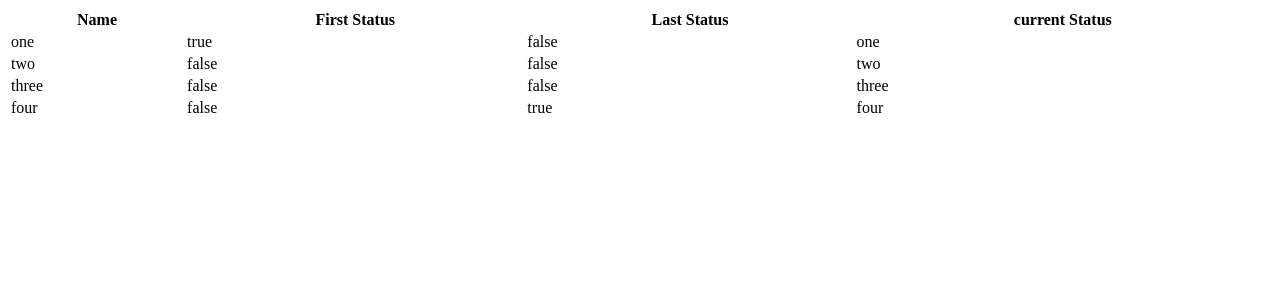
Repository: anushkammp/abc
Page: http://localhost/JSTLDemo/forEach.jsp
The author's editor kept a copy of each file at every save. The page is drawn from the files as they stood at one save, then again after the next save.
The browser window is 1280 px wide. The pictures show the whole page.
The page is served by Tomcat 9. Other server files are loaded and not shown.

Above is the page before, as saved 2018-08-20 10:01:45.

### JSTLDemo/WebContent/forEach.jsp
<%@ page language="java" contentType="text/html; charset=ISO-8859-1"
    pageEncoding="ISO-8859-1"%>
<%@taglib prefix="c" uri="http://java.sun.com/jsp/jstl/core"%>
<!DOCTYPE html>
<html>
<head>
<meta charset="ISO-8859-1">
<title>For Each</title>
</head>
<body>

<%
	String[] num={"one","two","three","four"};
	pageContext.setAttribute("numbers",num);
	%>
	<table style="width:100%">
	<th>Name</th>
	<th>First Status</th>
	<th>Last Status</th>
	<th>current Status</th>
		<c:forEach var="mynum" varStatus="st" items="${numbers }">
		<tr>
			<td><c:out value="${mynum }"></c:out></td>
			<td><c:out value="${st.first }"></c:out></td>
			<td><c:out value="${st.last }"></c:out></td>
			<td><c:out value="${st.current }"></c:out></td>
		</c:forEach>
	</table>

</body>
</html>

After the next save:
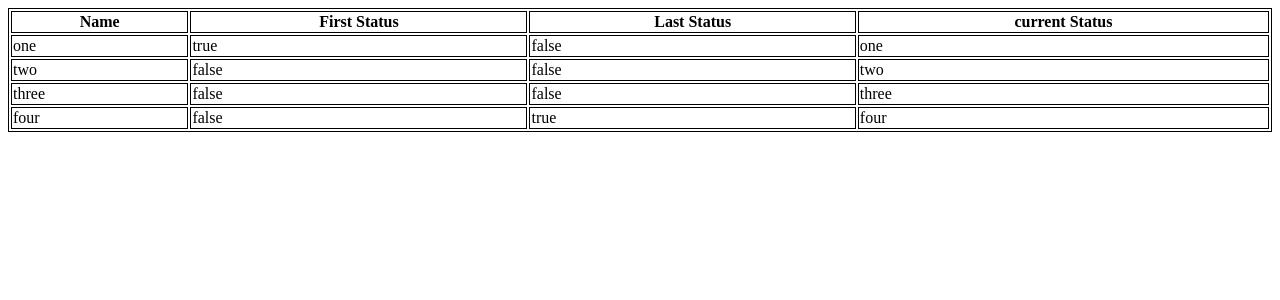
Saved 31 s later.
--- a/JSTLDemo/WebContent/forEach.jsp
+++ b/JSTLDemo/WebContent/forEach.jsp
@@ -6,6 +6,11 @@
 <head>
 <meta charset="ISO-8859-1">
 <title>For Each</title>
+<style>
+table, th, td {
+    border: 1px solid black;
+}
+</style>
 </head>
 <body>
 
